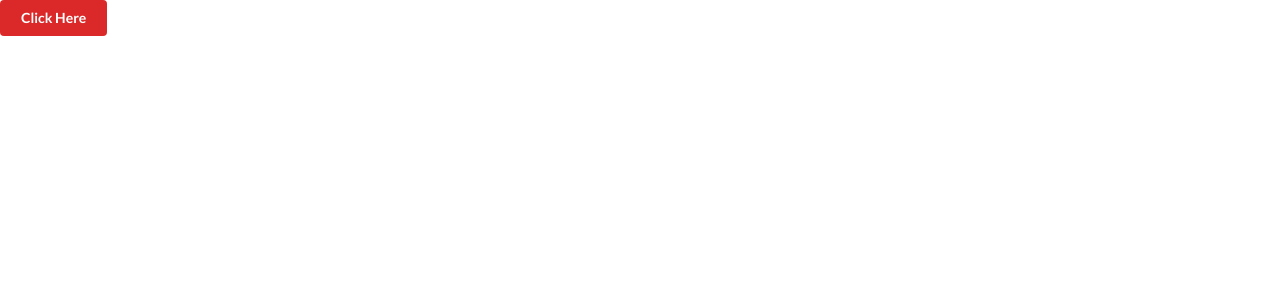
Repository: anagarango/dai-week4-assignment
Page: / (app in dai_web_ex/)
The author's editor kept a copy of each file at every save. The page is drawn from the files as they stood at one save, then again after the next save.
The browser window is 1280 px wide. The pictures show the whole page.
The project was rebuilt for these pictures with package versions that can differ from the ones it lists, and the page was loaded fresh each time. The framework's server and built-in components were replaced by stand-ins that run in the browser. Also part of the build but not shown: dai_web_ex/next.config.js.

Above is the page before, as saved 2022-09-26 14:57:06.

### dai_web_ex/pages/_app.js
import 'semantic-ui-css/semantic.min.css'

function MyApp({ Component, pageProps }) {
  return <Component {...pageProps} />
}

export default MyApp

### dai_web_ex/pages/index.js
import { Button } from 'semantic-ui-react'
import {useRouter} from 'next/router'

// The router and states are mostly used in the page for data/information state management
import {useState} from 'react'

export default function Home() {
  const r = useRouter();
  //before, during, after
  const [logInState, setLogInState] = useState("before")

  var c = "blue"

  if(logInState === "before"){
    c = "red"
  } if(logInState === "during"){
    c = "yellow"
  } if(logInState === "after"){
    c = "green"
  }

  const HandleButton = () =>{
    if (logInState === "before"){
      setLogInState("during")
    }
    if (logInState === "during"){
      setLogInState("after")
    }
    if (logInState === "after"){
      r.push("/dashboard")
    }
  }

  return (
    <div>
      <Button color={c} onClick={()=>HandleButton()}>Click Here</Button>
    </div>
  )
}

After the next save:
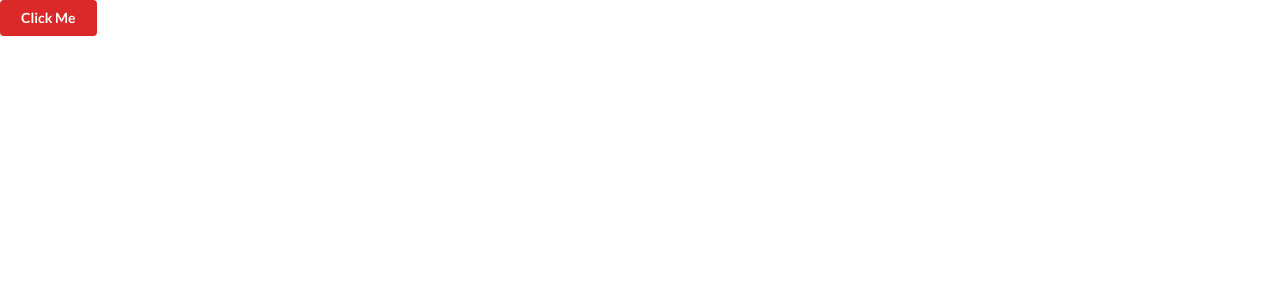
Saved 7 min 56 s later.
--- a/dai_web_ex/pages/index.js
+++ b/dai_web_ex/pages/index.js
@@ -11,6 +11,8 @@ export default function Home() {
 
   var c = "blue"
 
+  var btn_text = "Click Me"
+
   if(logInState === "before"){
     c = "red"
   } if(logInState === "during"){
@@ -22,9 +24,11 @@ export default function Home() {
   const HandleButton = () =>{
     if (logInState === "before"){
       setLogInState("during")
+      btn_text = "Waiting..."
     }
     if (logInState === "during"){
       setLogInState("after")
+      btn_text = "Transferring you to Dashboard!"
     }
     if (logInState === "after"){
       r.push("/dashboard")
@@ -33,7 +37,7 @@ export default function Home() {
 
   return (
     <div>
-      <Button color={c} onClick={()=>HandleButton()}>Click Here</Button>
+      <Button color={c} onClick={()=>HandleButton()}>{btn_text}</Button>
     </div>
   )
 }
